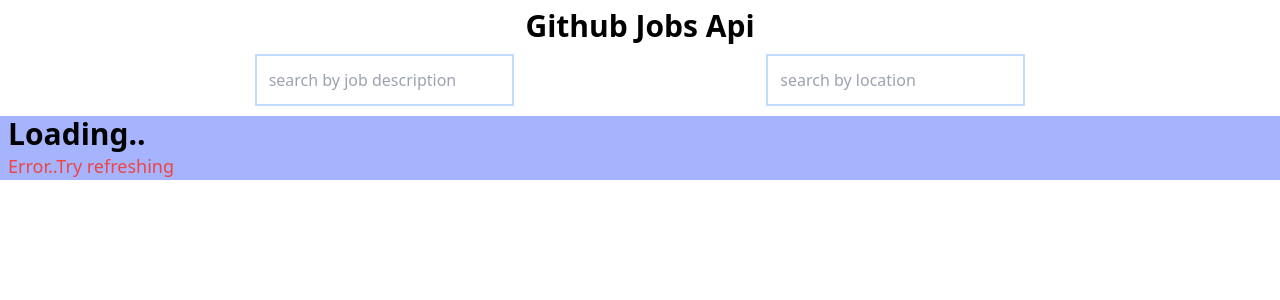
Repository: ShamroOoz/Github-job-api-React-Tailwind
Page: /
These files come from the project's save history. The page is drawn as it stood at one moment and after the next save; the edit follows.
The browser window is 1280 px wide. The pictures show the whole page.
The page's requests for data from a server got no answer. The project was rebuilt for these pictures with package versions that can differ from the ones it lists, and the page was loaded fresh each time. No one was signed in, and anything a server would have sent is missing. Also part of the build but not shown: craco.config.js.

Above is the page before, as saved 2021-03-03 15:07:23.

After the next save:
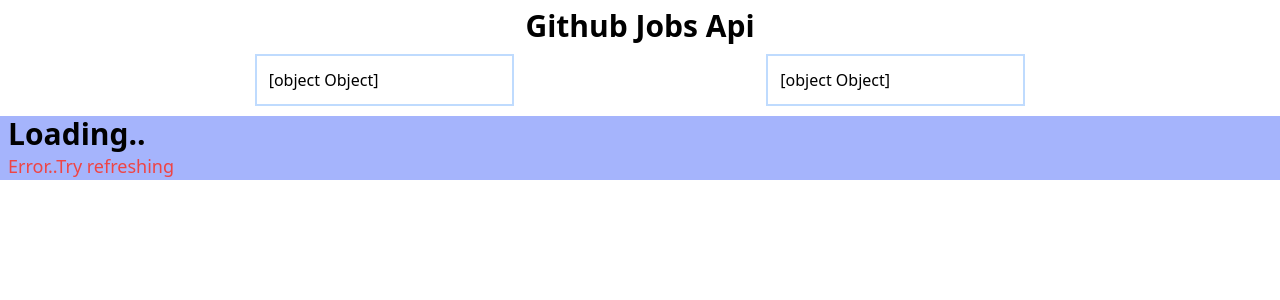
Saved 22 s later.
--- a/src/App.js
+++ b/src/App.js
@@ -21,7 +21,7 @@
         <h3>Github Jobs Api</h3>
       </div>
       <div>
-        <SearchForm />
+        <SearchForm handleparamchange={handleparamchange} params={params} />
       </div>
       <div className="px-2 bg-indigo-300">
         {loading && <div className="text-3xl font-bold">Loading..</div>}

After the 3 saves that followed:
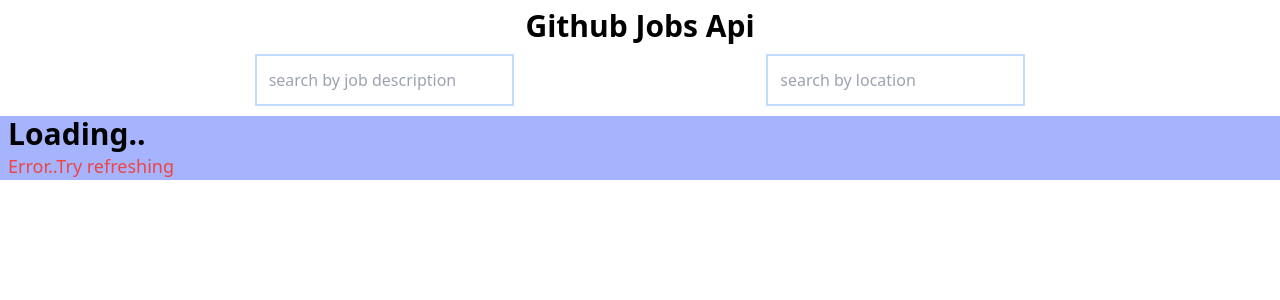
The 3 saves are shown as one change because 2 left the picture as it was.
The last was saved 3 min 43 s later.
--- a/src/App.js
+++ b/src/App.js
@@ -11,7 +11,7 @@
     let parms = {};
     parms.name = e.target.name;
     parms.value = e.target.value;
-
+    console.log(parms);
     setparam(parms);
   };
 
--- a/src/components/Hooks/SearchForm.js
+++ b/src/components/Hooks/SearchForm.js
@@ -8,7 +8,7 @@
         type="text"
         placeholder={`search by job description `}
         name="description "
-        value={params}
+        value={params.description}
         onChange={() => handleparamchange}
       />
       <input
@@ -16,7 +16,7 @@
         type="text"
         placeholder={`search by location`}
         name="location "
-        value={params}
+        value={params.location}
         onChange={() => handleparamchange}
       />
     </div>
